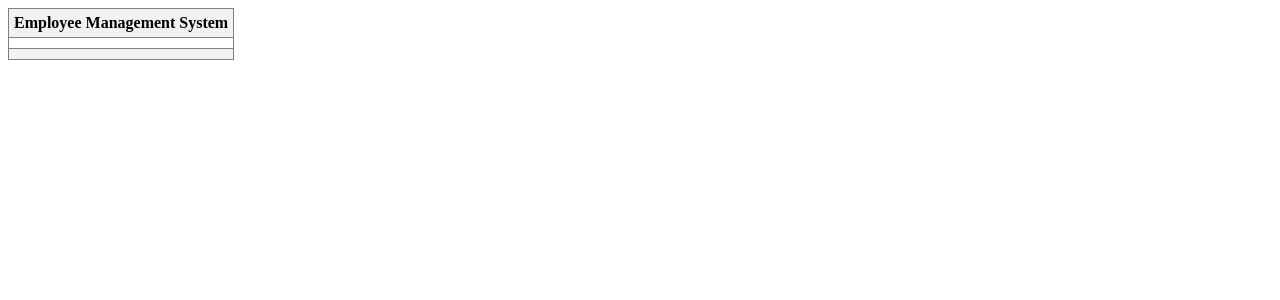
Repository: srjainapur/CRUD_Operation_With_Angular_Springboot
Page: angular-spring-demo/src/main/resources/static/EmployeeDetails.html
An editor plug-in stored every save of this project. The page is shown before and after the next save, followed by the edit.
The browser window is 1280 px wide. The pictures show the whole page.
Some web libraries are served in a nearby version.

Above is the page before, as saved 2020-06-25 10:15:24.
Console error (its wording comes from the project's code and is left out).

After the next save:
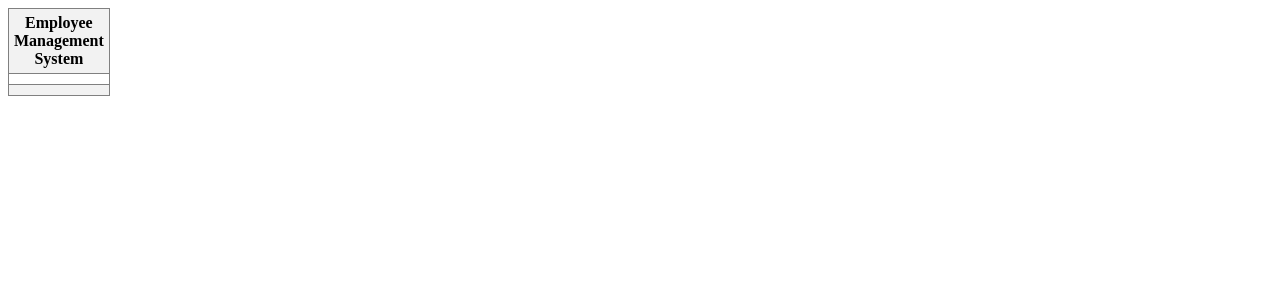
Saved 12 s later.
--- a/angular-spring-demo/src/main/resources/static/EmployeeDetails.html
+++ b/angular-spring-demo/src/main/resources/static/EmployeeDetails.html
@@ -20,7 +20,7 @@
 
 	<body>
 		<div ng-app="mainApp" ng-controller="mainController">
-			<table>
+			<table width="100">
 				<tr>
 					<th colspan="2" align="middle">Employee Management System</th>
 				</tr>
